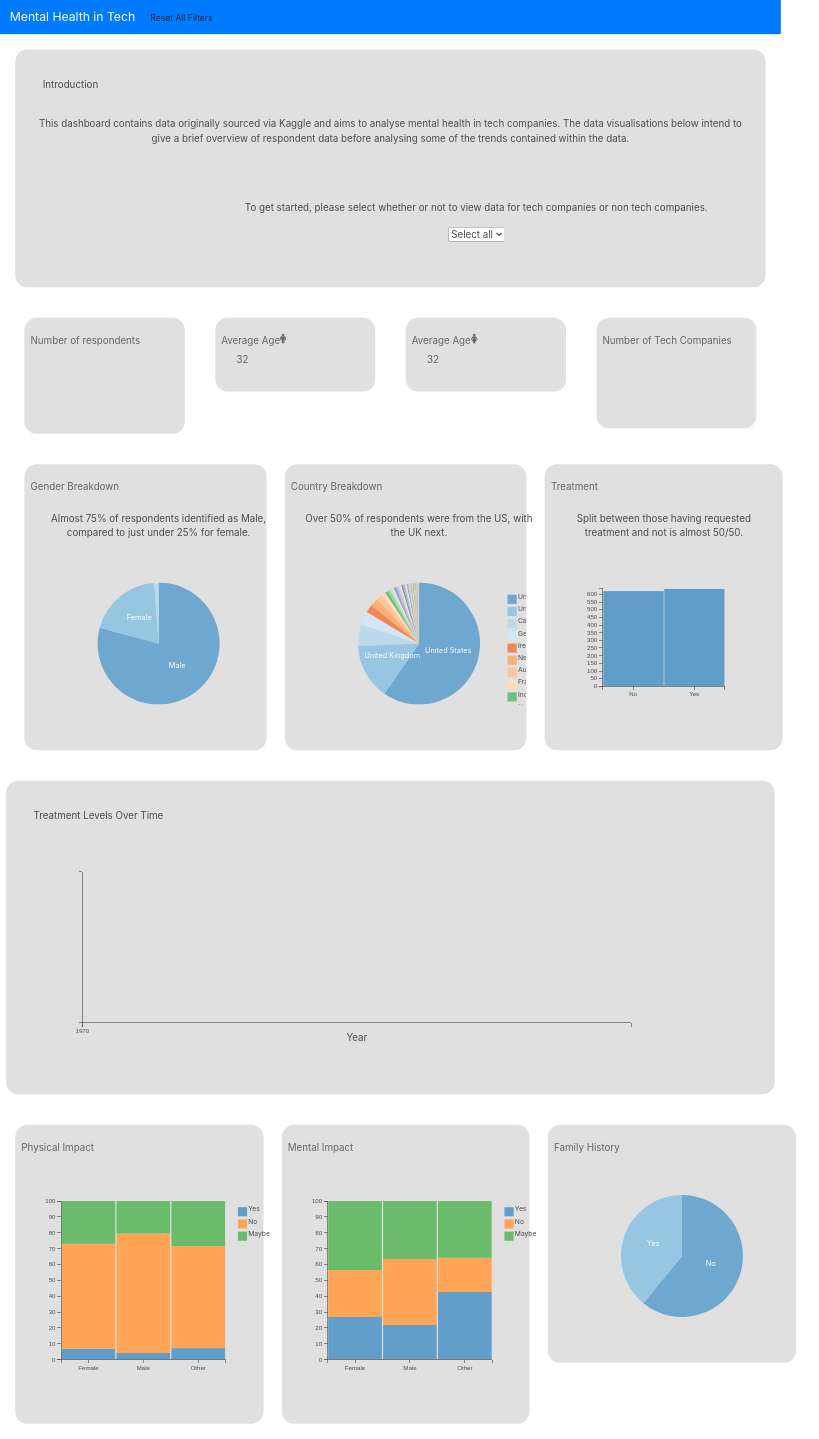
Repository: martingr1/mhdashboard
Page: index.html
The author's editor kept a record of every edit. The page is drawn from the files as they stood at one moment, then again after the next edit.
The browser window is 1280 px wide. The page is 1343 px wide, then 1295 px, then 1343 px, so the pictures cover 1343 px, including what lies to the right of the window. The pictures show the whole page, at 61% of full size.
Some web libraries are served in a nearby version.

Above is the page before.

### index.html
<html>

<head>

    <meta charset="UTF-8">
    <meta name="viewport" content="width=device-width, initial-scale=1.0">
    <meta http-equiv="X-UA-Compatible" content="ie=edge">
    <title>Mental Health in Tech</title>

    <link rel="stylesheet" href="https://stackpath.bootstrapcdn.com/bootstrap/4.3.1/css/bootstrap.min.css" integrity="sha384-ggOyR0iXCbMQv3Xipma34MD+dH/1fQ784/j6cY/iJTQUOhcWr7x9JvoRxT2MZw1T" crossorigin="anonymous">
    <link rel="stylesheet" href="static/css/dc.min.css" type="text/css" />
    <link rel="stylesheet" type="text/css" href="https://maxcdn.bootstrapcdn.com/font-awesome/4.7.0/css/font-awesome.min.css">
    <link rel="stylesheet" href="static/css/style.css" type="text/css" />


    <script type="text/javascript" src="static/js/d3.min.js"></script>
    <script type="text/javascript" src="static/js/crossfilter.min.js"></script>
    <script type="text/javascript" src="static/js/dc.min.js"></script>
    <script type="text/javascript" src="static/js/queue.min.js"></script>
    <script type="text/javascript" src="static/js/graph.js"></script>

</head>

<body class="background-image">

    <nav class="navbar navbar-expand-lg navbar-dark bg-primary">
        <a class="navbar-brand" href="#">Mental Health in Tech</a> <button id="reset-dashboard" class="btn btn-sm btn-default">Reset<span class="hidden-xs"> All</span> Filters</button>
            </div>
    </nav>

    <section class="section container-fluid">
        <div class="row no-gutters">
            <article class="article col-lg-12">
                <div class="row text-center">
                    <div class="row content-box">
                        <div class="row text-center chart-text">Introduction</div>
                        <hr class="line">
                        <div class="row text-center">
                            <p class="chart-text">This dashboard contains data originally sourced via Kaggle and aims to analyse mental health in tech companies. The data visualisations below intend to give a brief overview of respondent data before analysing some of the trends
                                contained within the data. </p>
                        </div>
                        <hr class="line">
                        <div class="chart" id="select_company">
                            <p class="chart-text">To get started, please select whether or not to view data for tech companies or non tech companies.</p>
                        </div>
            </article>
            </div>
            <div class="row no-gutters">
                <article class="article col-xs-12 col-sm-6 col-lg-3">

                    <div class="row no-gutters text-center">
                        <div class="row content-box">
                            <div class="row">
                                <div class="text-center">Number of respondents</div>
                                <hr class="line">
                                <div>
                                    <p class="chart-text"></p>
                                </div>
                                <div class="row">
                                    <div class="chart" id="respondents_display"></div>
                                </div>
                            </div>
                        </div>
                    </div>
                </article>

                <article class="article col-xs-12 col-sm-6 col-lg-3">
                    <div class="row no-gutters text-center">
                        <div class="row content-box">
                            <div class="row">
                                <div class="text-center">Average Age</div><i class="fa fa-male fa-gender" aria-hidden="true"></i>
                                <hr class="line">
                                <div>
                                    <p class="chart-text"></p>
                                </div>
                                <div class="row">
                                    <div class="age_display" id="average_age_male"></div>
                                </div>
                            </div>
                        </div>
                    </div>
                </article>

                <article class="article col-xs-12 col-sm-6 col-lg-3">
                    <div class="row no-gutters text-center">
                        <div class="row content-box">
                            <div class="row">
                                <div class="text-center">Average Age</div><i class="fa fa-female fa-gender" aria-hidden="true"></i>
                                <hr class="line">
                                <div>
                                    <p class="chart-text"></p>
                                </div>
                                <div class="row">
                                    <div class="age_display" id="average_age_gender"></div>
                                </div>
                            </div>
                        </div>
                    </div>
                </article>

                <article class="article col-xs-12 col-sm-6 col-lg-3">
                    <div class="row no-gutters text-center">
                        <div class="row content-box">
                            <div class="row">
                                <div class="text-center">Number of Tech Companies</div>
                                <hr class="line">
                                <div>
                                    <p class="chart-text"></p>
                                </div>
                                <div class="row">
                                    <div class="chart" id=" "></div>
                                </div>
                            </div>
                        </div>
                    </div>
                </article>
            </div>

            <div class="row">
                <article class="article col-xs-12 col-sm-6 col-lg-4">
                    <div class="row no-gutters text-center">
                        <div class="row content-box">
                            <div class="row">
                                <div class="text-center">Gender Breakdown</div>
                                <hr class="line">
                                <div>
                                    <p class="chart-text">Almost 75% of respondents identified as Male, compared to just under 25% for female.</p>
                                </div>
                                <div class="row">
                                    <div class="chart" id="gender_breakdown"></div>
                                </div>
                            </div>
                        </div>
                    </div>
                </article>

                <article class="article col-xs-12 col-sm-6 col-lg-4">
                    <div class="row no-gutters text-center">
                        <div class="row content-box">
                            <div class="row">
                                <div class="text-center">Country Breakdown</div>
                                <hr class="line">
                                <div>
                                    <p class="chart-text">Over 50% of respondents were from the US, with the UK next.</p>
                                </div>
                                <div class="row">
                                    <div class="chart" id="country_breakdown"></div>
                                </div>
                            </div>
                        </div>
                    </div>
                </article>

                <article class="article col-xs-12 col-sm-6 col-lg-4">
                    <div class="row no-gutters text-center">
                        <div class="row content-box">
                            <div class="row">
                                <div class="text-center">Treatment</div>
                                <hr class="line">
                                <div>
                                    <p class="chart-text">Split between those having requested treatment and not is almost 50/50.</p>
                                </div>
                                <div class="row">
                                    <div class="chart" id="treatment_chart"></div>
                                </div>
                            </div>
                        </div>
                    </div>
                </article>
            </div>

    </section>

    <div class="row">
        <article class="article col-lg-12">
            <div class="row text-center">
                <div class="row content-box">
                    <div class="row text-center chart-text">Treatment Levels Over Time</div>
                    <hr class="line">
                    <div class="row text-center">
                        <p class="chart-text"> </p>
                    </div>
                    <div class="chart" id="treatment_timeline"></div>
                </div>
            </div>
        </article>
    </div>

    <div class="row">
        <article class="article col-xs-12 col-sm-6 col-lg-4">
            <div class="row no-gutters text-center">
                <div class="row content-box">
                    <div class="row">
                        <div class="text-center">Physical Impact</div>
                        <hr class="line">
                        <div>
                            <p class="chart-text">  </p>
                        </div>
                        <div class="row">
                            <div class="chart" id="physical_impact"></div>
                        </div>
                    </div>
                </div>
            </div>
        </article>

        <article class="article col-xs-12 col-sm-6 col-lg-4">
            <div class="row no-gutters text-center">
                <div class="row content-box">
                    <div class="row">
                        <div class="text-center">Mental Impact</div>
                        <hr class="line">
                        <div>
                            <p class="chart-text"></p>
                        </div>
                        <div class="row">
                            <div class="chart" id="mental_impact"></div>
                        </div>
                    </div>
                </div>
            </div>
        </article>

        <article class="article col-xs-12 col-sm-6 col-lg-4">
            <div class="row no-gutters text-center">
                <div class="row content-box">
                    <div class="row">
                        <div class="text-center">Family History</div>
                        <hr class="line">
                        <div>
                            <p class="chart-text"></p>
                        </div>
                        <div class="row">
                            <div class="chart" id="family_history"></div>
                        </div>
                    </div>
                </div>
            </div>
        </article>
    </div>


    <script src="https://code.jquery.com/jquery-3.2.1.js" integrity="sha256-DZAnKJ/6XZ9si04Hgrsxu/8s717jcIzLy3oi35EouyE=" crossorigin="anonymous"></script>

</body>

</html>

### static/css/style.css
background-image {
	background-image: url("static/images/clouds_sunset_sky_119785_3840x2400.jpg");
	background-position: center center;
}

.intro-box {
	box-sizing: border-box;
	border-radius: 20px;
	background-color: #D3D3D3;
	opacity: 0.7;
	display: flex;
	width: 100%;
	height: auto;
	margin: 25px;
	padding: 25px;
}

.content-box {
	box-sizing: border-box;
	border-radius: 20px;
	background-color: #D3D3D3;
	opacity: 0.7;
	display: flex;
	width: 100%;
	height: auto;
	margin: 25px;
	padding: 25px;
}

.chart {
	height: auto;
	margin: 25px;
	padding: 25px;
}

.chart-text {
	font-size: medium;
	color: black;
	margin: 10px;
	padding: 10px;
}

.line {
	margin: 15px auto 15px;
	color: #FFFFFF;
	max-width: 75%;
}

### static/js/graph.js
queue()
    .defer(d3.csv, "data/mhsurvey2.csv")
    .await(makeGraphs);

function makeGraphs(error, healthData) {

    var ndx = crossfilter(healthData);

    var all = ndx.groupAll(all);

    console.log(healthData);

    var parseDate = d3.time.format("%d/%m/%Y").parse;


    healthData.forEach(function(d) {
        d.age = parseInt(d.age);
        d.date = parseDate(d.date);
    })

    show_respondents(ndx);

    show_average_age_gender(ndx, "Female", "#average_age_gender");
    show_average_age_gender(ndx, "Male", "#average_age_male");

    show_select_company(ndx);
    show_gender_breakdown(ndx);
    show_country_breakdown(ndx);
    show_treatment_levels(ndx);

    show_treatment_timeline(ndx);

    show_physical_impact(ndx);
    show_mental_impact(ndx);
    show_family_history(ndx);


    dc.renderAll();
}

function show_respondents(ndx) {



}

function show_select_company(ndx) {
    var dim = ndx.dimension(dc.pluck("techcompany"));
    var group = dim.group();

    dc.selectMenu("#select_company")
        .dimension(dim)
        .group(group);
}

function show_gender_breakdown(ndx) {

    var dim = ndx.dimension(dc.pluck("gender"));
    var group = dim.group();

    dc.pieChart('#gender_breakdown')
        .height(200)
        .radius(480)
        .transitionDuration(500)
        .dimension(dim)
        .group(group);
}

function show_country_breakdown(ndx) {

    var dim = ndx.dimension(dc.pluck("country"));
    var group = dim.group();

    dc.pieChart('#country_breakdown')
        .height(200)
        .radius(480)
        .transitionDuration(500)
        .legend(dc.legend().x(320).y(20).itemHeight(15).gap(5))
        .dimension(dim)
        .group(group);
}

function show_treatment_levels(ndx) {

    var dim = ndx.dimension(dc.pluck("treatment"));
    var group = dim.group();

    dc.barChart('#treatment_chart')
        .width(300)
        .height(200)
        .margins({ top: 10, right: 50, bottom: 30, left: 50 })
        .dimension(dim)
        .group(group)
        .x(d3.scale.ordinal())
        .xUnits(dc.units.ordinal)
}

function show_average_age_gender(ndx, gender, element) {
    var averageAgeByGender = ndx.groupAll().reduce(
        function(p, v) {
            p.count++;
            p.total += v.age;
            p.average = p.total / p.count;
            return p;
        },

        function(p, v) {
            p.count--;
            p.total += v.age;
            p.average = p.total / p.count;
            return p;
        },

        function() {
            return { count: 0, total: 0, average: 0 };
        },
    );

    dc.numberDisplay(element)
        .formatNumber(d3.format(".0f"))
        .valueAccessor(function(d) {
            if (d.count == 0) {
                return 0;
            }
            else {
                return (d.total / d.count);
            }
        })
        .group(averageAgeByGender);
}

function show_treatment_timeline(ndx) {
    var date_dim = ndx.dimension(dc.pluck('date'));
    var treatment_group = date_dim.group().reduce(

        function(p, v) {
            if (v.treatment === 'yes') {
                p.count++;
                p.total += v.treatment;
            }
            return p;
        },
        function(p, v) {
            if (v.treatment === 'yes') {
                p.count--;
                p.total += v.treatment;
            }
            return p;
        },
        function() {
            return { count: 0, total: 0 };
        }
    );


    var minDate = date_dim.bottom(1)[0].date;
    var maxDate = date_dim.top(1)[0].date;

    dc.lineChart("#treatment_timeline")

        .width(1000)
        .height(300)
        .margins({ top: 10, right: 50, bottom: 30, left: 50 })
        .dimension(date_dim)
        .group(treatment_group)
        .valueAccessor(function(d) {
            return d.value.treatment;
        })
        .transitionDuration(500)
        .x(d3.time.scale().domain([minDate, maxDate]))
        .xAxisLabel("Year")
        .yAxis().ticks(4);
}

function show_physical_impact(ndx) {

    function physicalImpactByGender(dimension, physhealthconsequence) {

        return dimension.group().reduce(

            function(p, v) {
                p.total++;
                if (v.physhealthconsequence == physhealthconsequence) {
                    p.match++;
                }
                return p;
            },
            function(p, v) {
                p.total--;
                if (v.physhealthconsequence == physhealthconsequence) {
                    p.match--;
                }
                return p;
            },
            function() {
                return { total: 0, match: 0 };
            }
        );
    }

    var dim = ndx.dimension(dc.pluck("gender"));
    var physYes = physicalImpactByGender(dim, "Yes");
    var physNo = physicalImpactByGender(dim, "No");
    var physMaybe = physicalImpactByGender(dim, "Maybe");

    dc.barChart("#physical_impact")
        .width(400)
        .height(300)
        .dimension(dim)
        .group(physYes, "Yes")
        .stack(physNo, "No")
        .stack(physMaybe, "Maybe")
        .valueAccessor(function(d) {
            if (d.value.total > 0) {
                return (d.value.match / d.value.total) * 100;
            }
            else {
                return 0;
            }
        })
        .x(d3.scale.ordinal())
        .xUnits(dc.units.ordinal)
        .legend(dc.legend().x(320).y(20).itemHeight(15).gap(5))
        .margins({ top: 10, right: 100, bottom: 30, left: 30 });
}

function show_mental_impact(ndx) {

    function mentalImpactByGender(dimension, mentalhealthconsequence) {

        return dimension.group().reduce(

            function(p, v) {
                p.total++;
                if (v.mentalhealthconsequence == mentalhealthconsequence) {
                    p.match++;
                }
                return p;
            },
            function(p, v) {
                p.total--;
                if (v.mentalhealthconsequence == mentalhealthconsequence) {
                    p.match--;
                }
                return p;
            },
            function() {
                return { total: 0, match: 0 };
            }
        );
    }

    var dim = ndx.dimension(dc.pluck("gender"));
    var mentYes = mentalImpactByGender(dim, "Yes");
    var mentNo = mentalImpactByGender(dim, "No");
    var mentMaybe = mentalImpactByGender(dim, "Maybe");

    dc.barChart("#mental_impact")
        .width(400)
        .height(300)
        .dimension(dim)
        .group(mentYes, "Yes")
        .stack(mentNo, "No")
        .stack(mentMaybe, "Maybe")
        .valueAccessor(function(d) {
            if (d.value.total > 0) {
                return (d.value.match / d.value.total) * 100;
            }
            else {
                return 0;
            }
        })
        .x(d3.scale.ordinal())
        .xUnits(dc.units.ordinal)
        .legend(dc.legend().x(320).y(20).itemHeight(15).gap(5))
        .margins({ top: 10, right: 100, bottom: 30, left: 30 });
}

function show_family_history(ndx) {

    var dim = ndx.dimension(dc.pluck("familyhistory"));
    var group = dim.group();

    dc.pieChart('#family_history')
        .height(200)
        .radius(480)
        .transitionDuration(500)
        .dimension(dim)
        .group(group);
}

Loaded but not shown: static/css/dc.min.css (library); static/js/d3.min.js (library); static/js/crossfilter.min.js (library); static/js/dc.min.js (library); static/js/queue.min.js (common file)

After the next edit:
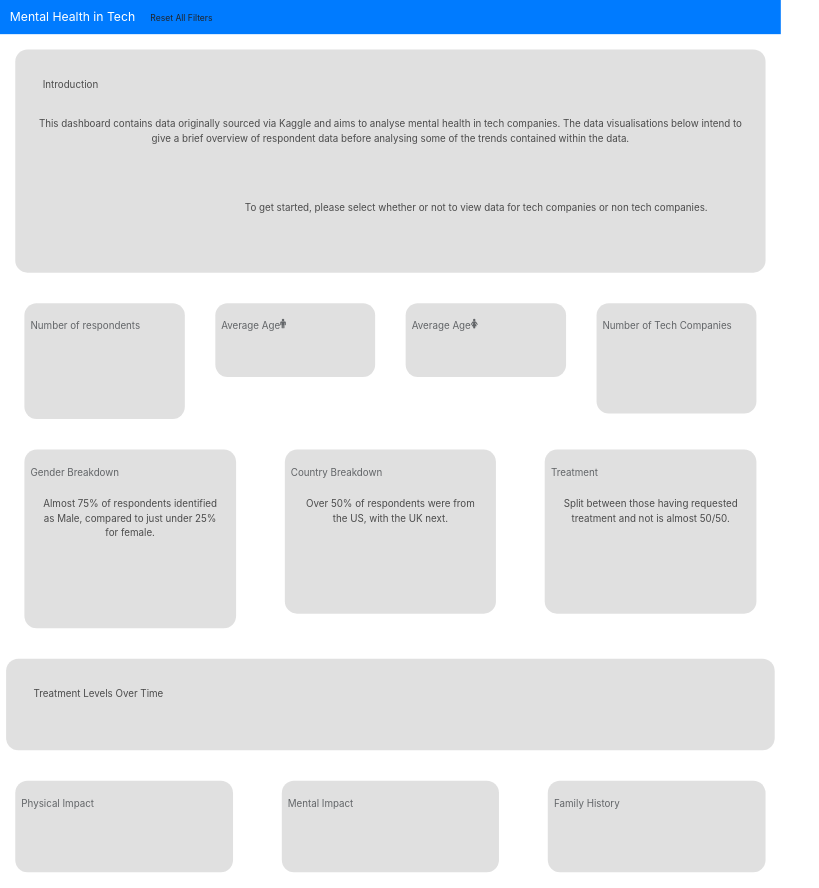
Console error: SyntaxError: Unexpected token '.'
The edit:
--- a/static/js/graph.js
+++ b/static/js/graph.js
@@ -40,8 +40,9 @@
 
 function show_respondents(ndx) {
 
-
-
+     dc.dataCount('#respondent_selector');
+        .dimension(ndx)
+        .group(all)
 }
 
 function show_select_company(ndx) {

After the 2 edits that followed:
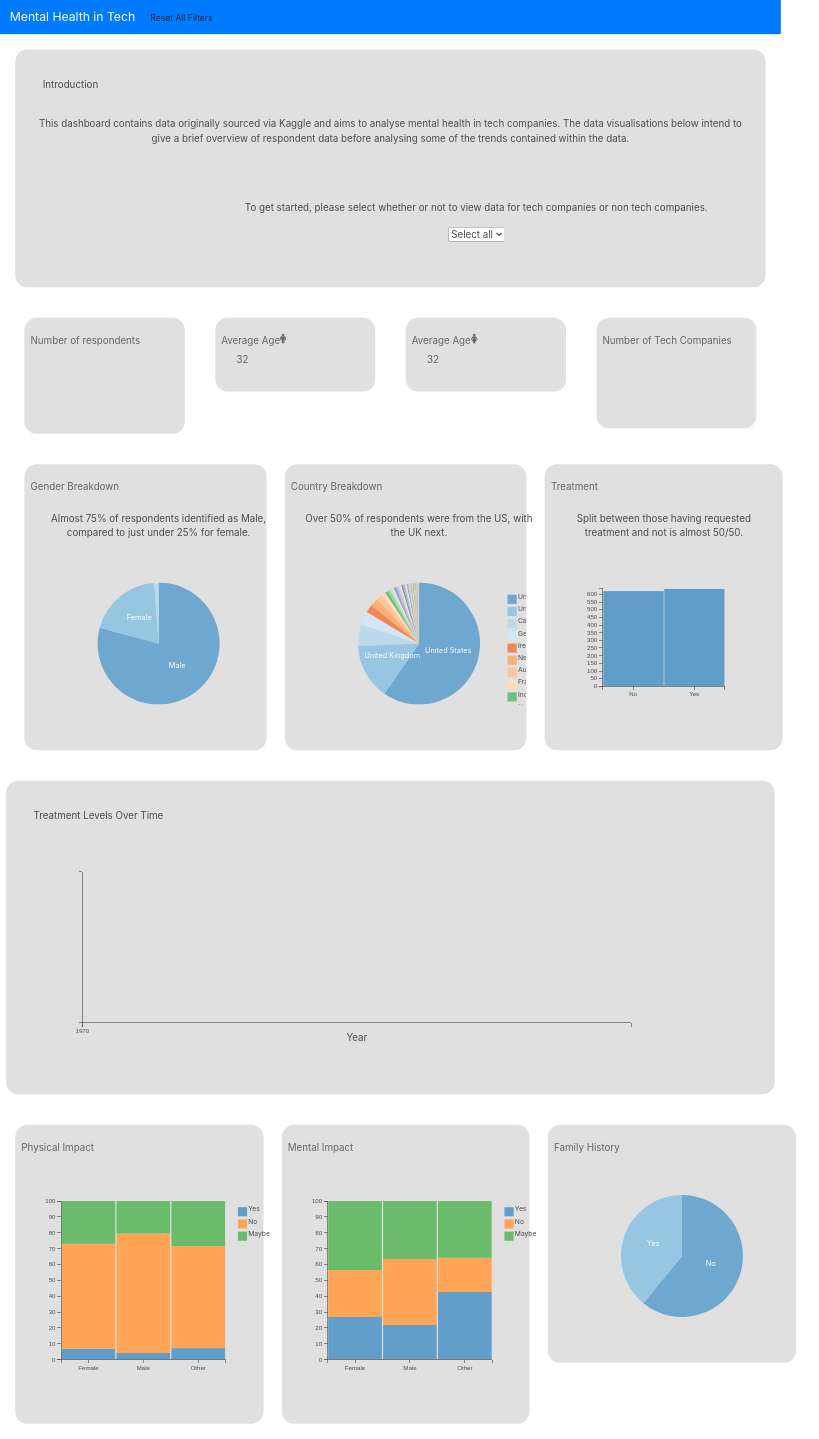
The error is gone.
The 2 edits are shown as one change because 1 left the picture as it was.
The edit:
--- a/static/js/graph.js
+++ b/static/js/graph.js
@@ -40,9 +40,11 @@
 
 function show_respondents(ndx) {
 
-     dc.dataCount('#respondent_selector');
+    var all = ndx.groupAll();
+
+     dc.dataCount('#respondent_selector')
         .dimension(ndx)
-        .group(all)
+        .group(all);
 }
 
 function show_select_company(ndx) {
